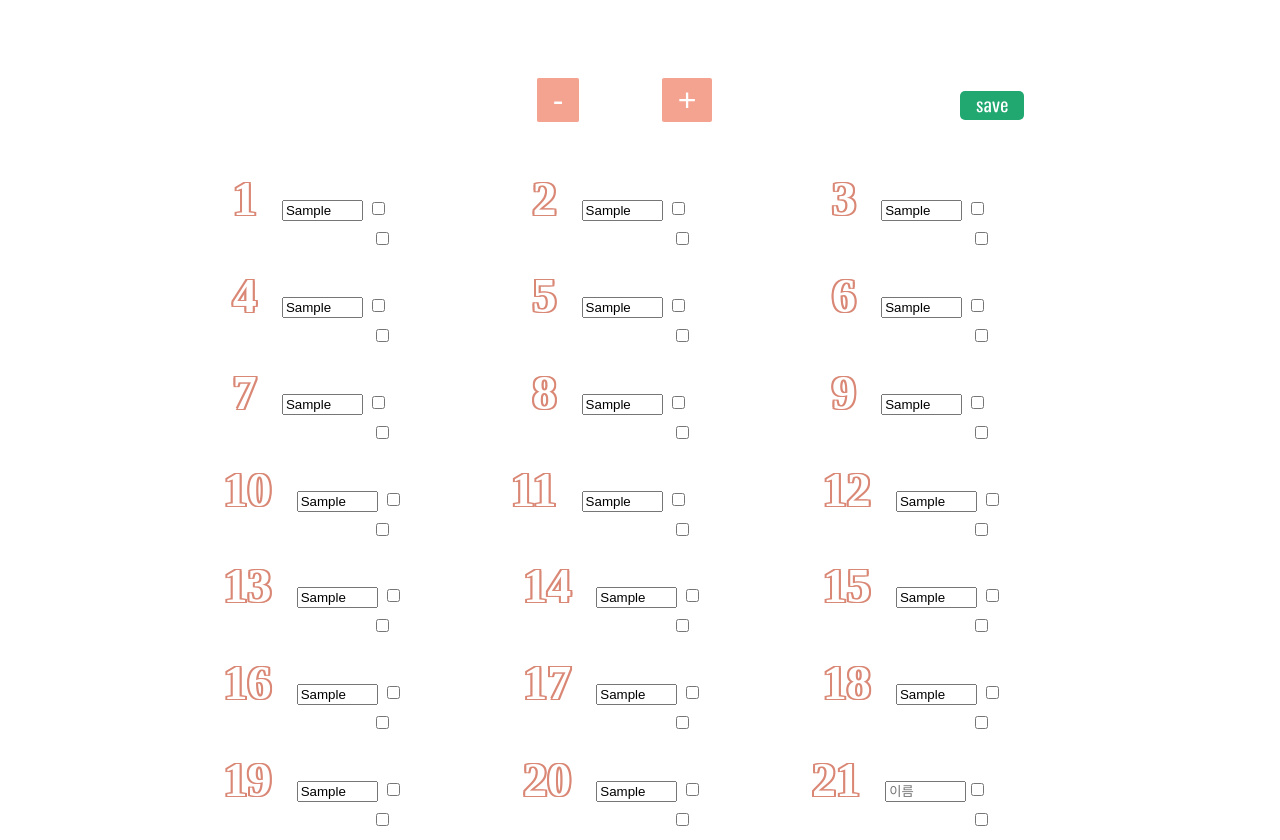
Repository: se-yoo/ChangeSeat
Page: http://localhost/ChangeSeat/infoMember.jsp
An editor plug-in stored every save of this project. The page is shown before and after the next save, followed by the edit.
The browser window is 1280 px wide. The pictures show the whole page.
Empty fields were first filled with sample values (such as "Sample", 5 or name@example.com).
After loading, the first visible `#plusButton` was clicked once.
Some web fonts or font styles are not loaded; a fallback is used. The page is served by Tomcat 9.

Above is the page before, as saved 2018-06-28 00:24:52.

After the next save:
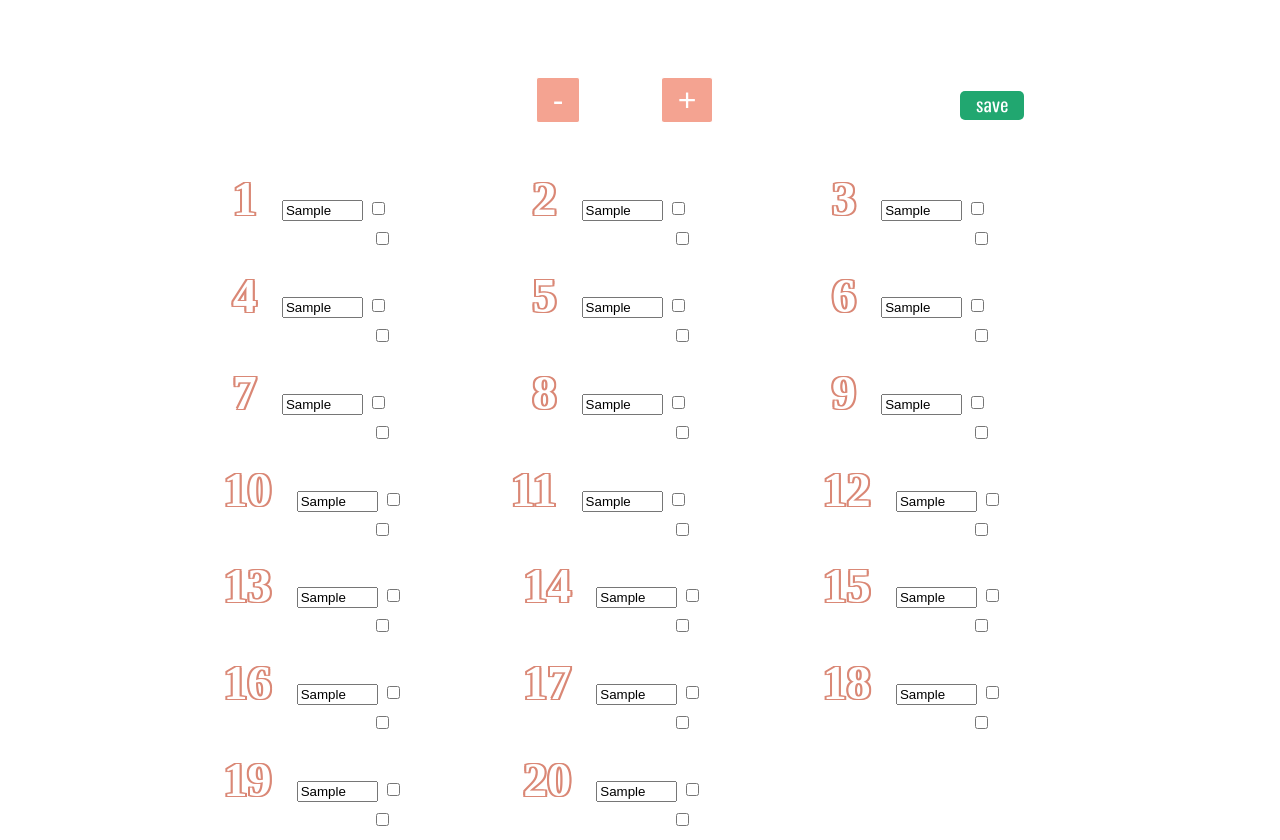
Console error: SyntaxError: Unexpected end of input
Saved 24 s later.
--- a/ChangeSeat/WebContent/infoMember.jsp
+++ b/ChangeSeat/WebContent/infoMember.jsp
@@ -101,6 +101,8 @@
 	function plusStu(){
 		var c= document.getElementById("cntDiv").innerHTML;
 		c= parseInt(c,10)+1;
+		if(c>40){alert("최소 두명의 학생이 있어야 합니다");}
+		else{
 		document.getElementById("cntDiv").innerHTML=c;
 		document.getElementById("stuCnt").value=c;
 

After the 2 saves that followed:
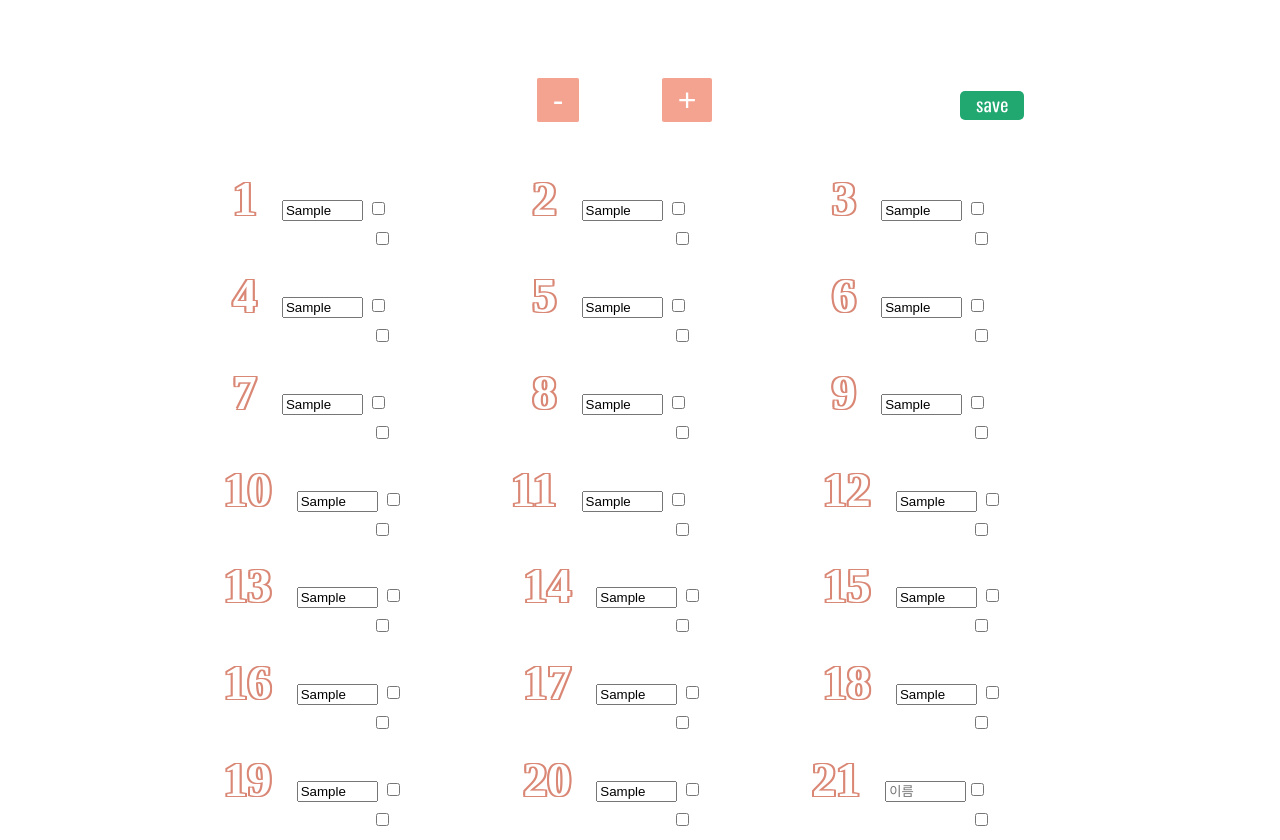
The error is gone.
The 2 saves are shown as one change because 1 left the picture as it was.
The last was saved 30 s later.
--- a/ChangeSeat/WebContent/infoMember.jsp
+++ b/ChangeSeat/WebContent/infoMember.jsp
@@ -101,20 +101,21 @@
 	function plusStu(){
 		var c= document.getElementById("cntDiv").innerHTML;
 		c= parseInt(c,10)+1;
-		if(c>40){alert("최소 두명의 학생이 있어야 합니다");}
+		if(c>40){alert("최대 40명의 학생까지 가능합니다");}
 		else{
-		document.getElementById("cntDiv").innerHTML=c;
-		document.getElementById("stuCnt").value=c;
+			document.getElementById("cntDiv").innerHTML=c;
+			document.getElementById("stuCnt").value=c;
 
-		var div = document.createElement("div");
-		div.className="one";
-		div.id="div"+c;
-		div.innerHTML="<span>"+c+"</span>번<input type='text' size='7' name='name"+c+"' class='n' placeholder='이름'>"+
-		"<input type='checkbox' name='now' id='n"+c+"' value='"+c+"' class='che'><label for='n"+c+"'>자퇴 및 전학</label>"+
-		"<input type='checkbox' name='eye' id='n"+c+"' value='"+c+"' class='che'><label for='e"+c+"'>시력 안좋음</label>";
+			var div = document.createElement("div");
+			div.className="one";
+			div.id="div"+c;
+			div.innerHTML="<span>"+c+"</span>번<input type='text' size='7' name='name"+c+"' class='n' placeholder='이름'>"+
+			"<input type='checkbox' name='now' id='n"+c+"' value='"+c+"' class='che'><label for='n"+c+"'>자퇴 및 전학</label>"+
+			"<input type='checkbox' name='eye' id='n"+c+"' value='"+c+"' class='che'><label for='e"+c+"'>시력 안좋음</label>";
 
-		var container=document.getElementById("container2");
-		container.appendChild(div);
+			var container=document.getElementById("container2");
+			container.appendChild(div);
+		}
 	}
 	function save(){
 		document.info.submit();
